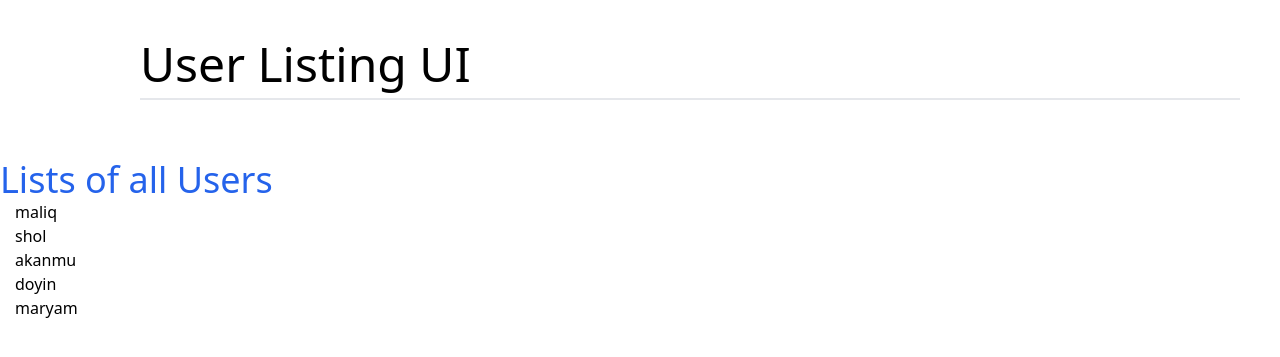
Repository: Marlstergo/listings
Page: / (app in client/)
An editor plug-in stored every save of this project. The page is shown before and after the next save, followed by the edit.
The browser window is 1280 px wide. The pictures show the whole page.
The project was rebuilt for these pictures with package versions that can differ from the ones it lists, and the page was loaded fresh each time. Also part of the build but not shown: client/craco.config.js, client/src/components/Loader.js, client/src/components/Order.js, client/src/components/Modal.js. Imported but missing from the stored project, and not drawn on this page: client/src/components/Base, client/src/components/Toppings.

Above is the page before, as saved 2021-07-20 23:35:05.

### client/src/index.js
/* eslint-disable no-unused-vars */
import React from "react";
import ReactDOM from "react-dom";
import "./index.css";
import App from "./App";
import reportWebVitals from "./reportWebVitals";
import { BrowserRouter } from "react-router-dom";
import { Provider } from "react-redux";
import { store } from "./redux/store";
import { PersistGate } from "redux-persist/integration/react";
import { persistor } from "./redux/store";

ReactDOM.render(
  <React.StrictMode>
    <Provider store={store}>
      <BrowserRouter>
        <PersistGate persistor={persistor}>
          <App />
        </PersistGate>
      </BrowserRouter>
    </Provider>
  </React.StrictMode>,
  document.getElementById("root")
);

// If you want to start measuring performance in your app, pass a function
// to log results (for example: reportWebVitals(console.log))
// or send to an analytics endpoint. Learn more: https://bit.ly/CRA-vitals
reportWebVitals();

### client/src/App.js
import React, { useState } from 'react';
import { Route, Switch, useLocation } from "react-router-dom";
import Header from './components/Header';
import Home from './components/Home';
import Base from './components/Base';
import Toppings from './components/Toppings';
import Order from './components/Order';
import Modal from './components/Modal';
import { AnimatePresence } from 'framer-motion';

function App() {
  const location = useLocation();
  const showModal = true;

  return (
    <>
      <Header />
      {/* <Modal showModal={showModal} /> */}
      <AnimatePresence exitBeforeEnter>
        <Switch location={location} key={location.key}>
          <Route path="/">
            <Home />
          </Route>
          <Route path="/createUpdateUser">
            <Toppings />
          </Route>
          <Route path="/order">
            <Order />
          </Route>
          <Route path="/">
            <Home />
          </Route>
        </Switch>
      </AnimatePresence>

    </>
  );
}

export default App;

### client/src/redux/store.js
import { createStore, applyMiddleware } from "redux";
import { logger } from 'redux-logger';
import {persistStore} from 'redux-persist';
// import thunk from 'redux-thunk'
import createSagaMiddleware from 'redux-saga'

import rootSaga from './root-sagas'

import rootReducer from './root-reducer';

const sagaMiddleware = createSagaMiddleware()

const middleware = [sagaMiddleware];

if( process.env.NODE_ENV === 'development'){
    middleware.push(logger)
}

export const store = createStore(rootReducer, applyMiddleware(...middleware))

sagaMiddleware.run(rootSaga)

export const persistor = persistStore(store)

export default (store, persistor);

### client/src/components/Header.js
import React from 'react';
import { motion } from 'framer-motion';

const svgVariants = {
  hidden: { rotate: -180 },
  visible: {
    rotate: 0,
    transition: { duration : 1 }
  },
}

const pathVariants = {
  hidden: {
    opacity: 0,
    pathLength: 0,
  },
  visible: {
    opacity: 1,
    pathLength: 1,
    transition: {
      duration: 2,
      ease: "easeInOut",
    }
  }
};


const Header = () => {
  return (
    <header className='flex p-[40px]  items-center'>
      <motion.div className="logo"
        drag
        dragConstraints={{ left: 0, top: 0, right: 0, bottom: 0 }}
        dragElastic={0.7}
      >
        <motion.svg className="w-[80px] overflow-visible" xmlns="http://www.w3.org/2000/svg" viewBox="0 0 100 100"
          variants={svgVariants}
          initial="hidden"
          animate="visible"
        >
          <motion.path
            fill="none"
            d="M40 40 L80 40 C80 40 80 80 40 80 C40 80 0 80 0 40 C0 40 0 0 40 0Z"
            variants={pathVariants}
          />
          <motion.path
            fill="none"
            d="M50 30 L50 -10 C50 -10 90 -10 90 30 Z"
            variants={pathVariants}
          />
        </motion.svg>
      </motion.div>
      <motion.div className=" flex-grow ml-[20px] text-xs"
        initial={{ y: -250}}
        animate={{ y: -10 }}
        transition={{ delay: 0.2, type: 'spring', stiffness: 120 }}
      >
        <h1 className="border-b-2 pb-[10px] text-5xl">User Listing UI</h1>
      </motion.div>
    </header>
  )
}

export default Header;

### client/src/components/Home.js
import React from "react";
import { Link } from "react-router-dom";
// import { motion } from "framer-motion";
import Loader from "./Loader";

const buttonVariants = {
  hover: {
    scale: 1.1,
    textShadow: "0px 0px 8px rgb(255,255,255)",
    boxShadow: "0px 0px 8px rgb(255,255,255)",
    transition: {
      duration: 0.3,
      yoyo: 5,
    },
  },
};

const containerVariants = {
  hidden: {
    opacity: 0,
  },
  visible: {
    opacity: 1,
    transition: { delay: 1.5, duration: 1.5 },
  },
  exit: {
    x: "-100vh",
    transition: { ease: "easeInOut" },
  },
};
const users = ["maliq", "shol", "akanmu", "doyin", "maryam"];
const Home = () => {
  return (
    // <motion.div
    //   className="bg-gray-600  pb-[10px] mb-[10px] border-b-2 border-gray-400 flex flex-col items-center"
    //   variants={containerVariants}
    //   initial="hidden"
    //   animate="visible"
    //   exit="exit"
    // >
      <div className="w-2/3 ">
        <h1 className="text-blue-600 text-4xl">Lists of all Users</h1>
        <ul className="pl-[15px]">
          {users.map(
            (user , idx) => (
              <li key={idx}>{user}</li>
            )
          )}

        </ul>
        {/* <table className="min-w-full divide-y divide-gray-200">
          <thead>
            <tr>
              <th className="px-6 py-3 bg-gray-50 text-left text-xs font-medium text-gray-500 uppercase tracking-wider">
                Transaction
              </th>
              <th className="px-6 py-3 bg-gray-50 text-right text-xs font-medium text-gray-500 uppercase tracking-wider">
                Amount
              </th>
              <th className="hidden px-6 py-3 bg-gray-50 text-left text-xs font-medium text-gray-500 uppercase tracking-wider md:block">
                Status
              </th>
              <th className="px-6 py-3 bg-gray-50 text-right text-xs font-medium text-gray-500 uppercase tracking-wider">
                Date
              </th>
            </tr>
          </thead>
        </table> */}
      </div>
    // </motion.div>
  );
};

export default Home;

### client/src/redux/root-sagas.js
import {all, call} from 'redux-saga/effects'
import {userSagas} from './user/user.sagas'


export default function* rootSaga(){
    yield all([
        call(userSagas),
    ])
}

### client/src/redux/root-reducer.js
import {combineReducers} from 'redux'
import userReducer from './user/user.reducer'
// import cartReducer from './cart/cart.reducer'
import {persistReducer} from 'redux-persist'
import storage from 'redux-persist/lib/storage'
// import directoryReducer from './directory/directory.reducer'
// import shopReducer from './shop/shop.reducer'

const persistConfig ={
    key: 'root',
    storage,
    whitelist: ['' ]
}
const rootReducer = combineReducers({
    user: userReducer,

})
export default persistReducer(persistConfig, rootReducer)

### client/src/redux/user/user.sagas.js
import { all, call, put, takeLatest } from "redux-saga/effects";

import UserActionTypes from "./user.types";
import { loadUserDetail } from "./user.action";
// import axios from "axios";
// import { getUserDetailsURL } from "../../components/stringConstants";

export function* getDetails() {
  yield console.log("i fired");

  // try {
  //   console.log("inside try");

  //   const res = yield axios.get(getUserDetailsURL);
  //   const data = yield res.data;
  //   console.log(res);
  //   yield put(loadUserDetail(data ? data.data[0] : {}));
  // } catch (err) {
  //   console.log(err.response);
  //   if (err.response && err.response.statusText === "Not Found") {
  //     // console.log("");
  //     window.location.href = "/profile/settings?newUser=0837";
  //   }
  // }
}

export function* getUserDetails() {
  yield takeLatest(UserActionTypes.GET_USER_DETAIL, getDetails);
}
// export function* loadUserDetails(){
//     yield takeLatest(UserActionTypes.LOAD_USER_DETAIL, loadDetails)
// }

export function* userSagas() {
  yield all([call(getUserDetails)]);
}

### client/src/redux/user/user.reducer.js
import UserActionTypes from "./user.types";
const INITIAL_STATE = {
  // currentUser: null,
  userDetail: {},
  demo: 'i am demo',
  location: null

};
const userReducer = (state = INITIAL_STATE, action) => {
  switch (action.type) {

    case UserActionTypes.LOAD_USER_DETAIL:
      return {
        ...state,
        userDetail: action.payload,
      };

    case UserActionTypes.COLLECT_GEOLOCATION:
      return {
        ...state,
        location: action.payload
      }
    default:
      return state;
  }
};

export default userReducer;

### client/src/redux/user/user.types.js
const UserActionTypes ={
    GOOGLE_SIGN_IN_START : 'GOOGLE_SIGN_IN_START',
    SIGN_IN_SUCCESS : 'SIGN_IN_SUCCESS',
    SIGN_IN_FAILURE : 'SIGN_IN_FAILURE',
    GET_USER_DETAIL: 'GET_USER_DETAIL',
    LOAD_USER_DETAIL: 'LOAD_USER_DETAIL',
    COLLECT_GEOLOCATION: 'COLLECT_GEOLOCATION',
    FETCH_GEOLOCATION: 'FETCH_GEOLOCATION'
}
export default UserActionTypes;

### client/src/redux/user/user.action.js
import UserActionTypes from './user.types'



// export const googleSignInStart = () => ({
//     type: UserActionTypes.GOOGLE_SIGN_IN_START
// })

// export const signInSuccess = (user) => ({
//     type: UserActionTypes.SIGN_IN_SUCCESS,
//     payload: user
// })

export const getUserDetail = () => ({
    type: UserActionTypes.GET_USER_DETAIL,

})
export const loadUserDetail = (details) => ({
    type: UserActionTypes.LOAD_USER_DETAIL,
    payload: details
})

export const fetchGeoloction = () => ({
    type: UserActionTypes.FETCH_GEOLOCATION
})
export const collectGeolocation = (location) => ({
    type: UserActionTypes.COLLECT_GEOLOCATION,
    payload: location
})
// })

### client/tailwind.config.js
  // tailwind.config.js
  module.exports = {
    mode:'jit',
    purge: ['./src/**/*.{js,jsx,ts,tsx}', './public/index.html'],
     darkMode: false, // or 'media' or 'class'
     theme: {
       extend: {},
     },
     variants: {
       extend: {},
     },
     plugins: [],
   }

Loaded but not shown: client/public/index.html (common file); client/src/index.css (common file); client/src/reportWebVitals.js (common file)

After the next save:
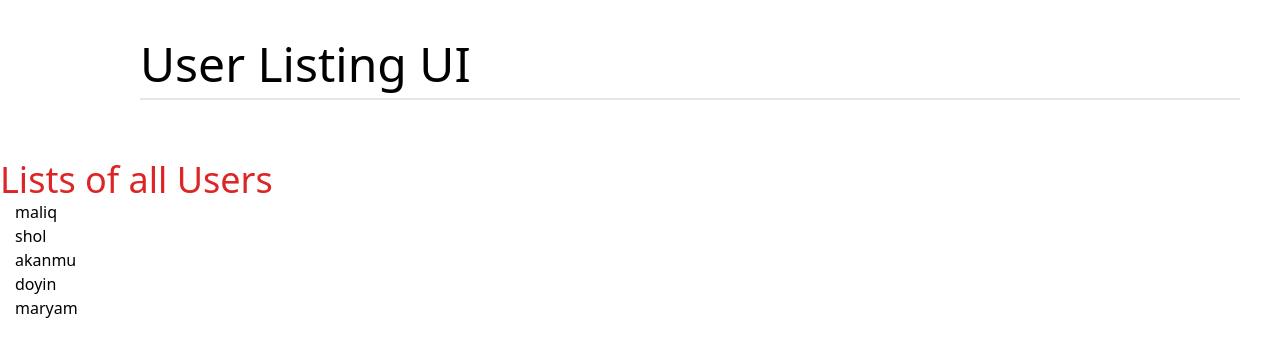
Saved 9 s later.
--- a/client/src/components/Home.js
+++ b/client/src/components/Home.js
@@ -39,7 +39,7 @@ const Home = () => {
     //   exit="exit"
     // >
       <div className="w-2/3 ">
-        <h1 className="text-blue-600 text-4xl">Lists of all Users</h1>
+        <h1 className="text-red-600 text-4xl">Lists of all Users</h1>
         <ul className="pl-[15px]">
           {users.map(
             (user , idx) => (
